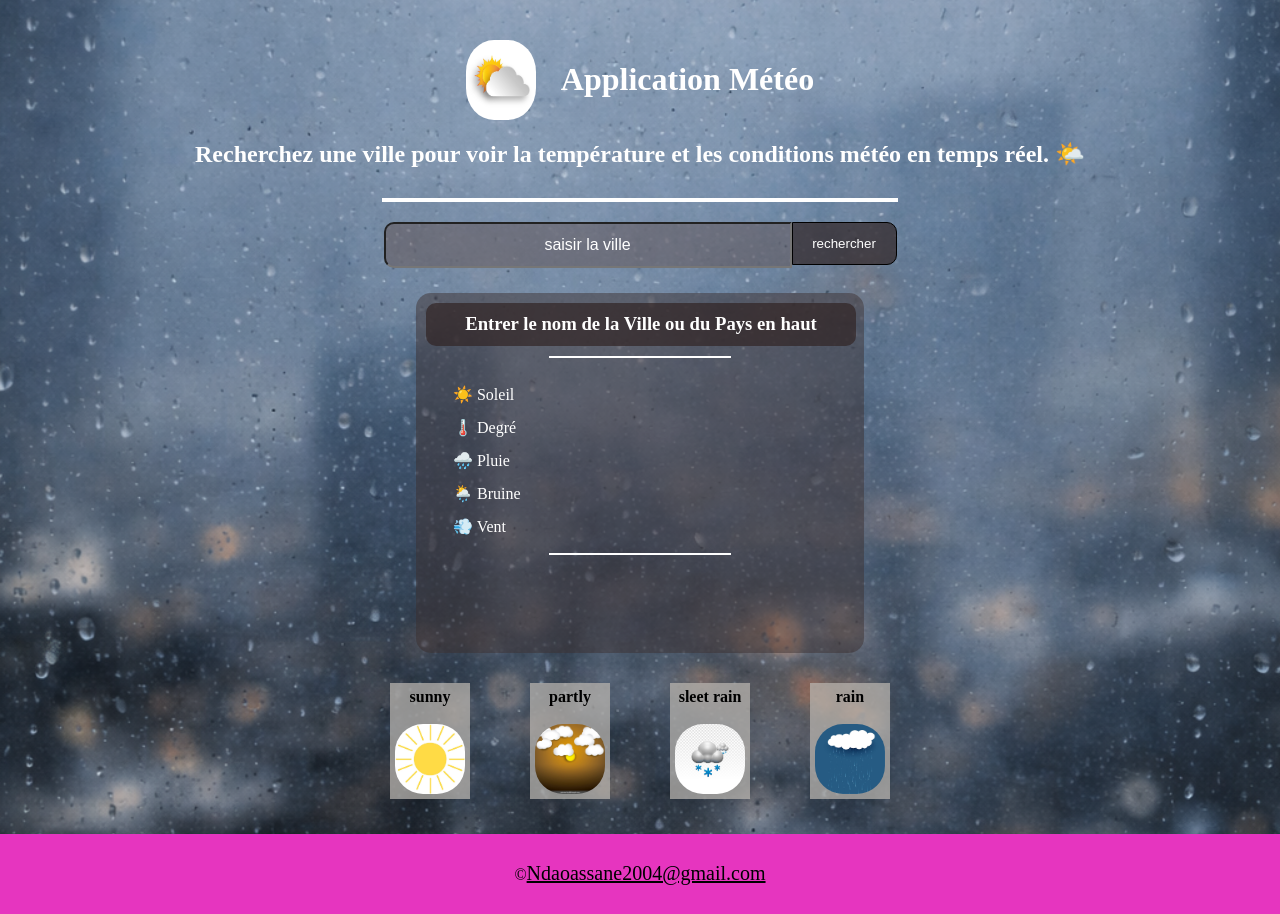
Repository: assanendao171/meteo
Page: index.html
These files come from the project's save history. The page is drawn as it stood at one moment and after a run of saves; the edit follows.
The browser window is 1280 px wide. The pictures show the whole page.

Above is the page before, as saved 2026-03-16 13:33:35.

### index.html
<!DOCTYPE html>
<html lang="en">

<head>
    <meta charset="UTF-8">
    <meta name="viewport" content="width=device-width, initial-scale=1.0">
    <title>Document</title>
    <link rel="stylesheet" href="meteo2.css">
</head>

<body>
    <div id="haut">
        <img src="icone.jpg" alt="icone" id="photosoleil">
        <h1>Application Météo </h1>
    </div>
    <h2>Recherchez une ville pour voir la température et les conditions météo en temps réel. 🌤️</h2>
    <hr>
            <div id="bloc">
            <input type="text" id="input" placeholder="saisir la ville">
            <button id="btn">rechercher</button>
        </div>
    <div id="contain">
        <div id="resultat">
            <h3 id="h3">Entrer le nom de la Ville ou du Pays en haut</h3>
        </div>
        <hr id="hr">
        <div id="stat">
        <p id="emoji">☀️ Soleil</p>
        <p id="emoji">🌡️ Degré</p >
        <p id="emoji">🌧️ Pluie</p >
        <p id="emoji">🌦️ Bruine</p >
        <p id="emoji">💨 Vent</p >
        </div>
            <hr id="hr">

    </div>
    <div id="contain2">
        <div id="enfant">
            <h4>sunny</h4><br>
            <img src="sunny.jpg" alt="" id="photobas">
        </div>



        <div id="enfant">
            <h4>partly </h4><br>
            <img src="partlycloud.jpg" alt="" id="photobas">
        </div>

        <div id="enfant">
            <h4>sleet rain</h4><br>
            <img src="sleetrain.jpg" alt="" id="photobas">
        </div>

        <div id="enfant">
            <h4>rain</h4><br>
            <img src="rain.jpg" alt="" id="photobas">
        </div>



    </div>
    </div>
    <footer>
        <p id="p">&copy;<a href="mailto:Ndaoassane2004@gmail.com">Ndaoassane2004@gmail.com</a></p>
    </footer>
    <script src="meteo2.js"></script>
</body>

</html>

### meteo2.css
body {
  display: flex;
  flex-direction: column;
  justify-content: center;
  justify-content: center;
  align-items: center;
  background-image: url("background.png");
  background-position: center;
  background-repeat: no-repeat;
  background-size: cover;
  color: rgb(255, 255, 255);
  padding-top: 40px;
  margin: 0;
}
#haut{
  display: flex;
  gap: 25px;
}
#bloc{
    display: flex;
    flex-direction: row;
    justify-content: center;
}
#photosoleil{
  width: 70px;
    border-radius: 40%;

}
#photobas{
  width: 70px;
    border-radius: 40%;

}
#recherche{
  width: 40px;
}
hr {
  color: white;
  border: 2px solid white;
  margin-top: 10px;
  width: 40%;
  margin-bottom: 20px;
}
#hr {
  color: white;
  border: 1px solid white;
  margin-top: 10px;
  width: 40%;
  margin-bottom: 20px;
}
#contain {
  margin-top: 25px;
  text-align: center;
  width: 35%;
background-color: rgba(59, 47, 47, 0.479);
  border-radius: 15px;
  height: 360px;
}
input {
  width: 400px;
  height: 40px;
  border-radius: 10px 0 0 10px;
background-color: rgba(97, 81, 81, 0.479);
color: white;
font-size: 1rem;
}
::placeholder{
  color: white;
  font-size: 1rem;
  text-align: center;
}
button {
  height: 43px;
  width: 105px;
  border-radius: 0 10px 10px 0;
  color: white;
  cursor: pointer;
  border: 1px solid black;
background-color: rgba(49, 36, 36, 0.692);
}

#resultat {
  margin-top: 60px;
  background-color: aliceblue;
width: 96%;
margin: 10px;
height: 43px;
border-radius: 10px;
display: flex;
flex-direction: column;
justify-content: center;
align-items: center;
background-color: rgba(49, 36, 36, 0.692);
}
h3 {
color: white;
  text-decoration: none;
}
#icone {
  color: rgb(70, 62, 62);
}
#stat{
  margin-left: 30px;
  display: flex;
  flex-direction: column;
  justify-content: flex-start;
  align-items: flex-start;

}
#emoji{
  font-size: 1rem;
   margin: 7px;
}
#enfant{
  background-color: rgba(184, 180, 175, 0.733);
  padding: 5px;
  display: flex;
  flex-direction: column;
  justify-content: center;
align-items: center;}
#contain2{
  display: flex;
  flex-direction: row;
  justify-content: flex-start;
  gap: 60px;
  padding-top: 30px;
  color: rgb(255, 39, 39);
}
h4{
  margin: 0;
  color: black;
}
footer{
  margin-top: 35px;
  width: 100%;
  height: 80px;
  background-color: rgb(230, 53, 191);
  color: black;
  text-shadow: none;
  display: flex;
  flex-direction: row;
  align-items: center;
  justify-content: center;
}
#p a{
  text-align: center;
  font-size: 20px;
  color: black;
}
/* les media query mobile */

@media(max-width:768px){
*{
box-sizing: border-box;
}
html, body {
  width: 100%;
  height: 100%;
  overflow-x: hidden;
  margin: 0;
}
#haut{
display: flex;
flex-direction: column;
justify-content: center;
align-items: center;
}
#photosoleil{
    width: 70px;
    border-radius: 40%;
}
hr {
  color: white;
  border: 2px solid white;
  margin-top: 10px;
  width: 60%;
  margin-bottom: 20px;
}
#contain {
  padding-top: 25px;
  text-align: center;
  width: 80%;
  background-color: aquamarine;
  border-radius: 15px;
  height: 280px;
}
input {
  width: 60%;
  height: 30px;
  border-radius: 15px;
  box-shadow: blue 1px 1px 6px 1px;
  margin-left:15px;
}
button {
  height: 30px;
  width: 95px;
  border-radius: 15px;
  color: white;
  cursor: pointer;
  border: 1px solid white;
    margin-right: 15px;

}
button:hover {
  background-color: rgb(255, 255, 255);
  color: rgb(0, 4, 255);
  cursor: pointer;
  border: 1px solid blue;
  transform: scale(1.1);
  transition: 0.5s;
}
#resultat {
  background-color: aliceblue;
  display: flex;
  flex-direction: column;
  justify-content: center;
  justify-content: center;
  align-items: center;
  width: 60%;
  height: 120px;
  border-radius: 20px;
  font-size: 15px;
}
#recherche{
  width: 30px;
  height: 25px;
}
h3 {
  color: rgb(61, 52, 52);
  text-decoration: none;
  font-size: 15px;
  margin: 10px;
}
h1,h2{
  font-size: 20px;
  text-align: center;
  margin: 10px;
}
#enfant{
  background-color: rgba(184, 180, 175, 0.733);
  padding: 10px;
  display: flex;
  flex-direction: column;
  justify-content: center;
align-items: center;
border-radius: 15%;
}
#contain2{
  display: flex;
  flex-direction: row;
  justify-content: flex-start;
  gap: 15px;
  flex-wrap: wrap;
  color: rgb(255, 39, 39);
  margin-top: 35px;
}
#photobas{
    width: 35px;
    border-radius: 30%;
}
h4{
  margin: 0;
  color: black;
}
footer{
  margin-top: 80px;
  width: 100%;
  height: 130px;
  background-color: rgb(230, 53, 191);
  color: black;
  text-shadow: none;
  display: flex;
  flex-direction: row;
  align-items: center;
  justify-content: center;
}
#p a{
  text-align: center;
  font-size: 15px;
  color: black;
}
}

@media (min-width: 768px) and (max-width: 1024px) {
*{
box-sizing: border-box;
}
html, body {
  width: 100%;
  height: 100%;
  overflow-x: hidden;
  margin: 0;
}
#photosoleil{
    width: 100px;
    border-radius: 40%;
}
h1,h2{
  font-size: 30px;
  text-align: center;
  margin: 10px;
}
input {
  width: 60%;
  height: 40px;
  border-radius: 15px;
  box-shadow: blue 1px 1px 6px 1px;
  margin-left:15px;
}
button {
  height: 40px;
  width: 95px;
  border-radius: 15px;
  color: white;
  cursor: pointer;
  border: 1px solid white;
    margin-right: 15px;

}
button:hover {
  background-color: rgb(255, 255, 255);
  color: rgb(0, 4, 255);
  cursor: pointer;
  border: 1px solid blue;
  transform: scale(1.1);
  transition: 0.5s;
}
#resultat {
  background-color: aliceblue;
  display: flex;
  flex-direction: column;
  justify-content: center;
  justify-content: center;
  align-items: center;
  width: 80%;
  height: 120px;
  border-radius: 20px;
  font-size: 15px;
}
footer{
  margin-top: 80px;
  width: 100%;
  height: 160px;
  background-color: rgb(230, 53, 191);
  color: black;
  text-shadow: none;
  display: flex;
  flex-direction: row;
  align-items: center;
  justify-content: center;
}
#p a{
  text-align: center;
  font-size: 25px;
  color: black;
}
}

### meteo2.js
let input = document.getElementById("input");
let btn = document.getElementById("btn");
let h3 = document.getElementById("h3");
let icone = document.getElementById("icone");

let apiKey = "62ecfbc2ac82aa867b7d2b579270f663";
async function avoirMeteo(ville) {
  try {
    let data = await fetch(
      `https://api.openweathermap.org/data/2.5/weather?q=${ville}&appid=${apiKey}&units=metric`,
    );
    if (!data.ok) {
      throw new Error("ville introuvable !");
    }
    let reponse = await data.json();
    icone.textContent = "🔍";
    h3.textContent =`Recherche en cours...${input.value}`
    async function temps() {
      let meteo=reponse.weather[0].main
      let emoji=""
      if(meteo==="Clear"){
        emoji="☀️"
      }
      else if(meteo==="Clouds"){
        emoji="☁️"
      }
      else if(meteo==="Rain"){
        emoji= "🌧️"
      }
      else {
  emoji = "🌤️"
}
      await new Promise((resolve) => setTimeout(resolve, 4000));
      icone.textContent = "✅";
      h3.textContent = `🌡️ ${reponse.name} :${emoji} ${reponse.main.temp}°C, ${reponse.weather[0].description}`;
      input.value=""
    }
    temps();
  } catch (Error) {
    async function wait(){
          icone.textContent = "🔍";
    h3.textContent =`Recherche en cours...${input.value}`
      await new Promise(resolve=>setTimeout(resolve,4000))
    icone.textContent = "❌  ";
h3.textContent = "Ville introuvable ";    input.value=""
    }
    wait()
  }
}
btn.addEventListener("click", function () {
  if(input.value===""){
    alert("le champ est vide")
    return
  }
  let ville = input.value.trim();
  if (ville) {
    avoirMeteo(ville);
  }
});

After the next 3 saves:
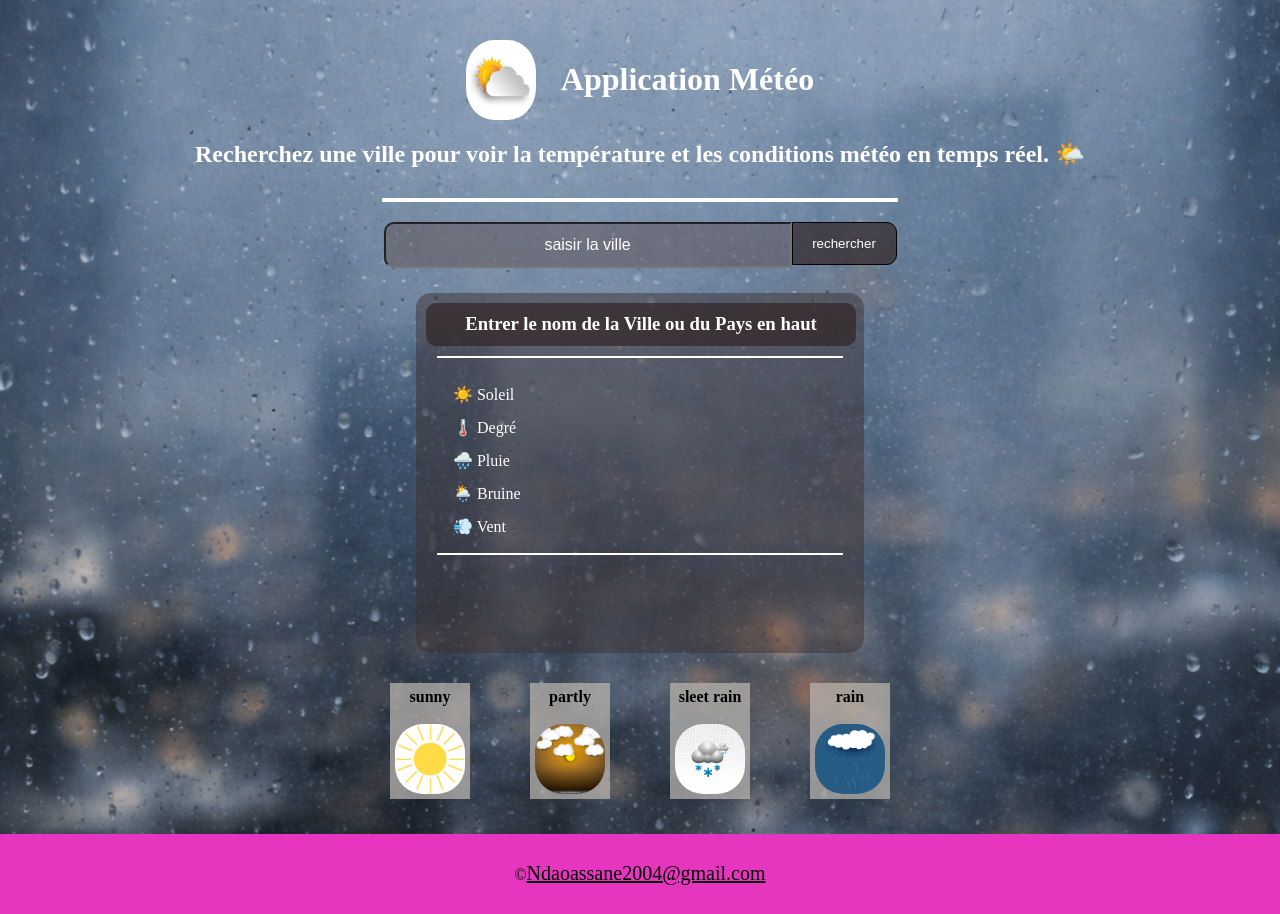
The 3 saves are shown as one change because they came seconds apart.
The last was saved 18 s later.
--- a/meteo2.css
+++ b/meteo2.css
@@ -45,7 +45,7 @@ hr {
   color: white;
   border: 1px solid white;
   margin-top: 10px;
-  width: 40%;
+  width: 90%;
   margin-bottom: 20px;
 }
 #contain {
